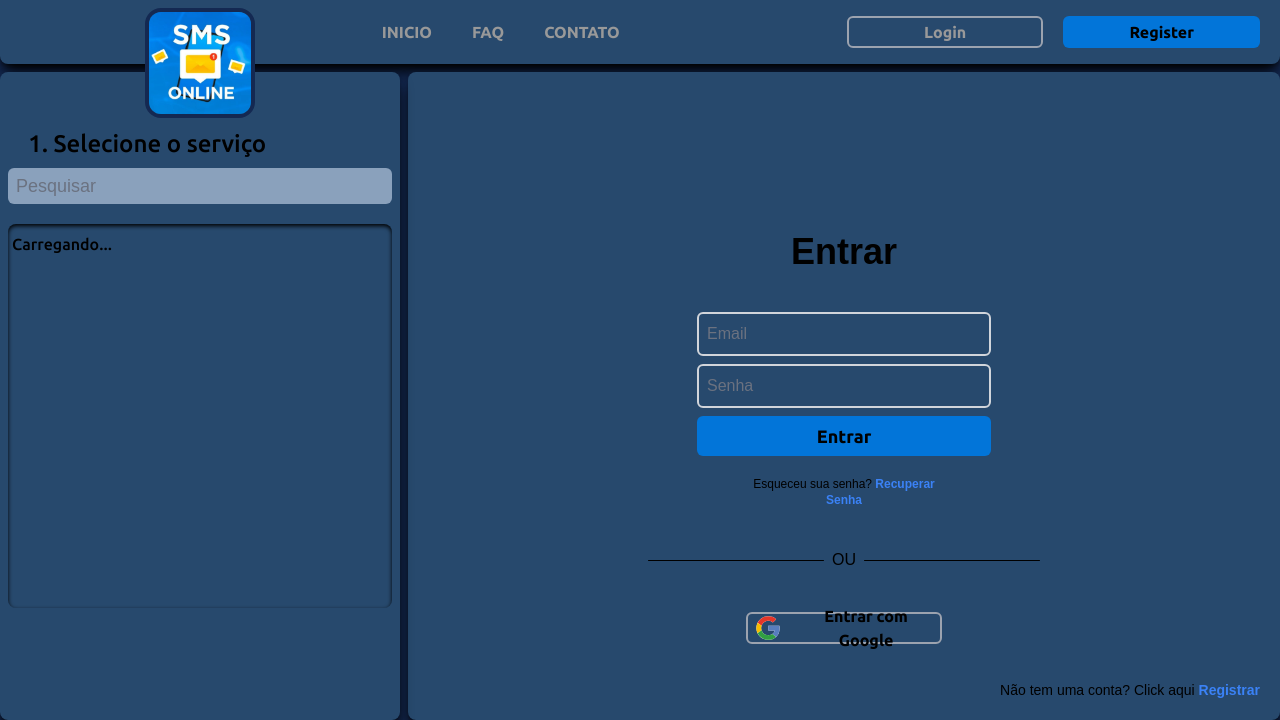
Repository: Felipe-Henrique-Dev/-DIOGO-SMS
Page: /auth
These files come from the project's save history. The page is drawn as it stood at one moment and after the next save; the edit follows.
The browser window is 1280 px wide. The pictures show the whole page.
The project was rebuilt for these pictures with package versions that can differ from the ones it lists, and the page was loaded fresh each time. The framework's server and built-in components were replaced by stand-ins that run in the browser. Also part of the build but not shown: next.config.ts, src/components/sub/WebApp/List.tsx.

Above is the page before, as saved 2024-12-17 16:32:10.

### src/app/layout.tsx
import type { Metadata } from "next";
import "./globals.css";
import Header from "@/components/main/Header";
import Main from "@/components/main/Main";
import { PageWebApp } from "@/components/main/PageWebApp";



export const metadata: Metadata = {
  title: "Create Next App",
  description: "Generated by create next app",
};

export default function RootLayout({
  children,
}: Readonly<{
  children: React.ReactNode;
}>) {
  return (
    <html lang="pt-br">
      <body className={`antialiased`}>
        <Header />
        <Main>
          <PageWebApp />
          {children}
        </Main>
      </body>
    </html>
  );
}

### src/app/auth/page.tsx
/* eslint-disable @typescript-eslint/no-unused-vars */
'use client'
import { Button } from "@/components/main/Button";
import { Input } from "@/components/main/Input";
import Section from "@/components/main/Section";
import Image from "next/image";
import { useState } from "react";

export default function Auth() {
  const [sectionSelected, setSectionSelected] = useState("login");
  return (
    <Section className="flex flex-col items-center justify-start pt-40 h-[90svh] px-60 gap-10 sticky top-[4.5rem] ">
      <div
        className="text-sm absolute bottom-5 right-5 cursor-pointer "
        onClick={() => {
          setSectionSelected(sectionSelected === "login" ? "register" : "login");
        }}
      >
        {
          sectionSelected === 'login' ?
            "Não tem uma conta? Click aqui" :
            "Já tem uma conta? Click aqui"
        }
        {
          sectionSelected === 'login' ?
            <b className="text-blue-500 hover:scale-110 hover:border-b-[1px] border-blue-500 cursor-pointer "> Registrar</b> :
            <b className="text-blue-500 hover:scale-110"> Entrar</b>
        }
      </div>

      <h1 className="text-4xl font-bold text-center">
        {
          sectionSelected === "login" ? "Entrar" : "Registrar"
        }
      </h1>
      {
        sectionSelected === "login" ? <Login /> : <Register />
      }
      <div className="flex justify-center items-center gap-2 w-full">
        <hr className="w-1/2 h-px border-black rounded-full " />
        <span>OU</span>
        <hr className="w-1/2 h-px border-black rounded-full" />
      </div>
      <Button
        type="button"
        onClick={() => {
          setSectionSelected("register");
        }}
        size="sm"
        isLoading={false}
        className="flex items-center justify-center gap-5"
        bgColor="none"
      >
        <Image className="size-6" src="/icons/icon-google.svg" alt="Google" width={20} height={20} />
        Entrar com Google
      </Button>

    </Section>
  );
}





const Register = () => {
  return (
    <div className="w-full flex flex-col items-center justify-center  gap-5 ">
      <Input
        type="email"
        placeholder="Email"
        bgColor="none"
        />
      <Input
        type="password"
        placeholder="Senha"
        bgColor="none"
        />
      <Input
        type="password"
        placeholder="Confirmar Senha"
        bgColor="none"
        />
      <Button
          type="submit"
          onClick={() => {}}
          size="md"
          isLoading={false}
        >
        Registrar
      </Button>
      <span className="text-xs w-1/2 text-center">
        Se Registrando você concorda com nossa <b className="text-blue-500 hover:scale-110 hover:border-b-[1px] border-blue-500 cursor-pointer ">Política de Dados</b> e <b className="text-blue-500 hover:scale-110 hover:border-b-[1px] border-blue-500 cursor-pointer ">Política de Cookies</b>.
      </span>
    </div>
  );
};


const Login = () => {
  return (
    <div className="w-full flex flex-col items-center justify-center  gap-5 ">
      <Input
        type="email"
        placeholder="Email"
        bgColor="none"
        />
      <Input
        type="password"
        placeholder="Senha"
        bgColor="none"
        />
      <Button
          type="submit"
          onClick={() => {}}
          size="md"
          isLoading={false}
        >
        Entrar
      </Button>
      <span className="text-xs w-1/2 text-center">
        Esqueceu sua senha? <b className="text-blue-500 hover:scale-110 hover:border-b-[1px] border-blue-500 cursor-pointer ">Recuperar Senha</b>
      </span>
    </div>
  );
};

### src/app/globals.css
@import url('https://fonts.googleapis.com/css2?family=Roboto+Mono&family=Ubuntu:wght@500;700&display=swap');
@tailwind base;
@tailwind components;
@tailwind utilities;


:root {
  --background: hsl(220, 60%, 20%);
  --background-secondary: hsl(211, 47%, 29%);
  --tertiary: hsl(0, 0%, 60%);
  --primary_text: hsl(0, 0%, 100%);
  --light: hsl(213, 27%, 64%);
  --foreground: #171717;
  --color-primary: #000;
  --color-secondary: hsl(208, 98%, 43%);
}


body {
  color: var(--tertiary);
  background: var(--background);
  font-family: Arial, Helvetica, sans-serif;
}

::-webkit-scrollbar {
  width: 5px;
  height: 10px;
}

::-webkit-scrollbar-track {
  background-color: var(--background);
}

::-webkit-scrollbar-thumb {
  background: var(--color-secondary);
  border-radius: 10px;
}

::-webkit-scrollbar-thumb:hover {
  background-color: var(--color-highlight-hover);
}

### src/components/main/Header.tsx
import React from "react";
import { Button } from "./Button";


export default function Header() {
  return (
    <header className="h-16 bg-background_secondary shadow-lg shadow-black max-w-screen-2xl m-auto top-0 items-center justify-between  flex rounded-b-lg px-5 z-[99] ">
        <span className="text-white text-lg w-1/4 font-bold"></span>
        <nav className="flex gap-10 uppercase font-bold font-ubuntu w-1/3 items-start ">
            <a href="#" className="">Inicio</a>
            <a href="#" className="">FAQ</a>
            <a href="#" className="">Contato</a>
        </nav>
        <div className="container flex justify-between items-center w-1/3 gap-5">
            <Button type="button" size="sm" className="text-tertiary" isLoading={false} bgColor="none">Login</Button>
            <Button type="button" size="sm" isLoading={false} bgColor="primary">
                Register
            </Button>
        </div>
    </header>
  );
}

### src/components/main/Main.tsx
import React from "react";

export default function Main({
  children,
}: Readonly<{
  children: React.ReactNode;
}>) {
  return (
    <main className="container max-w-screen-2xl mx-auto flex pt-2 gap-2 ">
      {children}
    </main>
  );
}

### src/components/main/PageWebApp.tsx
/* eslint-disable @typescript-eslint/no-unused-vars */
import React, { Suspense } from "react";
import { WebApp } from "./WebApp";
import { getAllServices } from "@/functions/servicos";
import { getAllCountry } from "@/functions/pais";

export const PageWebApp = () => {

  return (
    <WebApp />
  );
}

### src/components/main/Button.tsx
/* eslint-disable @typescript-eslint/no-explicit-any */
import { cn } from "@/lib/utils";
import React from "react";

export const Button = ({
    className,
    size = "md",
    onClick,
    children,
    type,
    isLoading,
    bgColor = "primary",
}:{
    type: 'button' | 'submit' | 'reset';
    onClick?: (event: React.MouseEvent<HTMLButtonElement>) => void;
    className?: string;
    children: React.ReactNode;
    size?: "sm" | "md" | "lg";
    isLoading: boolean;
    bgColor?: "primary" | "secondary" | "danger" | "none";
}) => {

    const sizes = {
        sm: "w-1/2 h-8 text-base",
        md: "w-3/4 h-10 text-lg",
        lg: "w-full h-14 text-xl",
    };

    const bgColors = {
        primary: "bg-secondary text-black",
        secondary: "bg-gray-500 text-white",
        danger: "bg-red-500 text-white",
        none: "bg-transparent text-black border-gray-400 border-2 "
    };

    return (
        <button
            type={type}
            onClick={onClick}
            className={cn(
                "p-2 rounded-md relative flex items-center justify-center font-bold font-ubuntu hover:scale-105 transition-transform duration-300",
                bgColors[bgColor],
                sizes[size],
                className
            )}
            disabled={isLoading}
        >
            {
                isLoading ? loading() : children
            }
        </button>
    );
}


const loading = () => {
    return (
        <div className="absolute inset-0 bg-gray-300 bg-opacity-50 flex items-center justify-center">
            <div className="animate-spin rounded-full h-12 w-12 border-t-2 border-b-2 border-gray-900"></div>
        </div>
    );
}

### src/components/main/Input.tsx
/* eslint-disable @typescript-eslint/no-unused-vars */
/* eslint-disable @typescript-eslint/no-explicit-any */
import { cn } from "@/lib/utils";
import React from "react";

export const Input = ({
    type,
    placeholder,
    classNameSpan,
    classNameLabel,
    classNameInput,
    label,
    size = "md",
    icon,
    register,
    bgColor = "secondary",
    labelIsHidden = false,
    name
}:{
    type: 'text' | 'password' | 'email';
    placeholder: string;
    classNameSpan?: string;
    classNameLabel?: string;
    classNameInput?: string;
    size?: "sm" | "md" | "lg";
    icon?: React.ReactNode;
    register?: any;
    label?: string;
    bgColor?: "primary" | "secondary" | "danger" | "none";
    labelIsHidden?: boolean;
    name?: string;
}) => {

    const sizes = {
        sm: "w-1/2 h-6 text-sm",
        md: "w-3/4 h-8 text-base",
        lg: "w-full h-10 text-lg",
    };

    const bgColors = {
        primary: "bg-light text-black",
        secondary: "bg-light text-black",
        danger: "bg-red-500 text-black",
        none: "bg-transparent text-black border-gray-300 border-2"
    };


    return (
        <span className={cn(
                "relative flex flex-col",
                sizes[size],
                classNameSpan,
        )}>
            {
                labelIsHidden &&
                <label className={cn(
                    classNameLabel
                )} >
                    {label}
                </label>
            }
            <input
                type={type}
                placeholder={placeholder}
                {...register}
                className={cn(
                    "p-2 rounded-md relative w-full placeholder:text-gray-500 ",
                    classNameInput,
                    bgColors[bgColor]
                )}
            />
            {icon}
        </span>

    );
}

### src/components/main/Section.tsx
import { cn } from "@/lib/utils";
import React from "react";

export default function Section({
  children,
  className
}: Readonly<{
  children: React.ReactNode;
  className?: string;
}>) {
  return (
    <section className={cn(
      "p-5 flex flex-col min-h-[90svh] bg-background_secondary w-full text-black items-start justify-start rounded-lg shadow-lg shadow-black",
      className
    )}>
      {children}
    </section>
  );
}

### src/components/main/WebApp.tsx
/* eslint-disable @typescript-eslint/no-unused-vars */
/* eslint-disable @typescript-eslint/no-explicit-any */
'use client'
import React, { Suspense, use, useEffect, useMemo } from "react";
import { Input } from "./Input";
import { set, useForm } from "react-hook-form"
import Image from "next/image";
import {  IconAlertHexagon, IconX } from '@tabler/icons-react';
import { List } from "../sub/WebApp/List";
import { getAllServices } from "@/functions/servicos";
import { SkeletonList } from "../sub/WebApp/Skeleton_list";
import { getAllCountry } from "@/functions/pais";
import { Container } from "../sub/WebApp/Container";

export const WebApp = () => {

  const [selectService, setSelectService] = React.useState(null) as any;
  const [selectCountry, setSelectCountry] = React.useState(null) as any;
  const [selectOperator, setSelectOperator] = React.useState(null) as any;
  const [operatorFilter, setOperatorFilter] = React.useState('none') as any;

  console.log(selectService, selectCountry, selectOperator);

  useEffect(() => {
    if (selectService && selectCountry) {
      setOperatorFilter({
        selectCountry: selectCountry,
        selectService: selectService
      })
    }
  }, [selectService, selectCountry])


  return (
    <aside className="min-w-[25rem] min-h-[90svh] shadow-lg shadow-black bg-background_secondary text-pri sticky left-0 top-[4.5rem] rounded-lg flex flex-col p-2 gap-5  pt-14 z-[999]">
      <Image src="/logo.webp" alt="Logo" width={110} height={110} className="rounded-2xl absolute -top-16 transform -translate-x-1/2 left-1/2 z-[99] border-4 border-background " />
      <Container subTitle="1. Selecione o serviço" select={selectService} setSelect={setSelectService} list={'countries'} />
      {/* <Container subTitle="2. Selecione o pais" select={selectCountry} setSelect={setSelectCountry} list={'services'} />
      <Container subTitle="3. Selecione a operadora" select={selectOperator} setSelect={setSelectOperator} list={operatorFilter} operator={operatorFilter} /> */}

    </aside>
  );
}

### src/components/sub/WebApp/Container.tsx
/* eslint-disable @typescript-eslint/no-explicit-any */
import React  from "react";
import { Input } from "@/components/main/Input";
import { useForm } from "react-hook-form"
import {  IconAlertHexagon, IconX } from '@tabler/icons-react';
import { ListServer } from "./ListServer";




export const Container = ({
    list,
    subTitle,
    select,
    setSelect,
    operator
}: {
    subTitle: string;
    select?: { title: string; valor: number; numberDispobilize: number; id: string } | null;
    setSelect: React.Dispatch<React.SetStateAction<any>>
    list: any;
    operator?: any
}) => {
    const { register, watch } = useForm();
    const filter = (watch("filter") || "").toLowerCase();
    const [favorites, setFavorites] = React.useState<string[]>([]);
    React.useEffect(() => {
        const storedFavorites = JSON.parse(localStorage.getItem("favorites") || "[]");
        setFavorites(storedFavorites);
    }, []);



    if (operator === 'none') {
      return (
        <div className="flex flex-col gap-2  ">
          <span className="text-2xl w-full text-start px-5 text-black font-ubuntu ">{subTitle}</span>
          <div className="flex w-full bg-light rounded-lg h-10 items-center justify-start px-5 gap-5 ">
              <button className="flex items-center justify-center gap-2 h-8 min-w-8 rounded-xl border-red-500 border-[1px] text-black">
                 <IconAlertHexagon className="w-5 h-5" />
              </button>
              <span className="text-lg font-bold min-w-8 h-8 rounded-full text-center bg-white ">I</span>
              <span className="text-lg font-bold w-auto text-center text-black font-roboto ">
                Selecione um pais e um serviço
              </span>
          </div>
        </div>
      )
    }

    return (
      <div className="flex flex-col gap-2  ">
        <span className="text-2xl w-full text-start px-5 text-black font-ubuntu ">{subTitle}</span>
        {
          select ?
            <div className="flex w-full bg-light rounded-lg h-10 items-center justify-start px-5 gap-5 ">
              <button onClick={() => setSelect(null)} className="flex items-center justify-center gap-2 h-8 min-w-8 rounded-xl border-red-500 border-[1px] text-black">
                 <IconX className="w-5 h-5" />
              </button>
              <span className="text-lg font-bold min-w-8 h-8 rounded-full text-center bg-white ">I</span>
              <span className="text-lg font-bold w-auto text-center text-black font-roboto ">{select.title}</span>
            </div>
          :
          <>
            <Input type="text" placeholder="Pesquisar" size="lg" classNameInput="w-full h-9" register={register("filter")} />
            <div className="h-96 shadow-inner shadow-black py-2 w-full my-2 overflow-x-auto scroll-smooth rounded-lg p-1 text-black font-ubuntu flex flex-col gap-4 ">
                <ListServer listLoading={list} filter={filter} favorites={favorites} setFavorites={setFavorites} setSelect={setSelect} />
            </div>
          </>
        }
      </div>
    );
};

### src/components/sub/WebApp/ListServer.tsx
/* eslint-disable @typescript-eslint/no-unused-vars */

import React, { Suspense } from "react";
import { List } from "./List";
import { getAllCountry } from "@/functions/pais";
import { getAllServices } from "@/functions/servicos";

interface ListProps {
    filter: string;
    favorites: string[];
    setFavorites: React.Dispatch<React.SetStateAction<string[]>>;
    setSelect: React.Dispatch<React.SetStateAction<string[]>>;
    listLoading: string
}

export const ListServer = ({ filter, favorites, setFavorites, setSelect, listLoading }: ListProps) => {
    const list = listLoading === 'pais' ? getAllCountry() : getAllServices()

    return (
        <Suspense fallback={<div>Carregando...</div>}>
            <List filter={filter} favorites={favorites} setFavorites={setFavorites} setSelect={setSelect} listLoading={list} />
        </Suspense>
    );
}

### src/functions/pais.ts
'use server'

const token = process.env.TOKEN
const urlApi = process.env.URL_API

export const getAllCountry = async () => {
  const services = new Promise((resolve, reject) => {
    setTimeout(() => {
        resolve({
            services: [
                {
                    id: '1',
                    title: 'Serviço 1',
                    description: 'Descrição do serviço 1',
                    price: 10
                },
                {
                    id: '2',
                    title: 'Serviço 2',
                    description: 'Descrição do serviço 2',
                    price: 20
                },
                {
                    id: '3',
                    title: 'Serviço 3',
                    description: 'Descrição do serviço 3',
                    price: 30
                }
            ]
        })
    }, 20000)
} )

const data = await services

return data

    const paises = await fetch(`${urlApi}/countries/all`, {
        method: 'GET',
        headers : {
            Authorization: `Bearer ${token}`
        }
    })

    // const data = await paises.json()

    // console.log(paises)
    return data
}


export const getCountry = async ({countryId}: {countryId: string}) => {

    return await fetch(`${urlApi}/countries/select`, {
        method: 'GET',
        headers: {
          'Content-Type': 'application/json',
          'Authorization': `Bearer ${process.env.TOKEN}`
        },
        body: JSON.stringify({ country_id: countryId })
      })
        .then(response => response.json())
        .then(data => data)
        .catch(error => error)
}

### src/functions/servicos.ts
'use server'

const token = process.env.TOKEN
const urlApi = process.env.URL_API


export const getAllServices = async () => {

    // const servicos = await fetch(`${urlApi}/services/all`, {
    //     method: 'GET',
    //     headers : {
    //         Authorization: `Bearer ${token}`
    //     }
    // })

    const services = new Promise((resolve, reject) => {
        setTimeout(() => {
            resolve({
                services: [
                    {
                        id: '1',
                        title: 'Serviço 1',
                        description: 'Descrição do serviço 1',
                        price: 10
                    },
                    {
                        id: '2',
                        title: 'Serviço 2',
                        description: 'Descrição do serviço 2',
                        price: 20
                    },
                    {
                        id: '3',
                        title: 'Serviço 3',
                        description: 'Descrição do serviço 3',
                        price: 30
                    }
                ]
            })
        }, 20000)
    } )

    const data = await services
    console.log('getAllServices')
    // console.log('servicos.services[0]', servicos.services[0])
    return data
}

### tailwind.config.ts
import type { Config } from "tailwindcss";

export default {
  content: [
    "./src/pages/**/*.{js,ts,jsx,tsx,mdx}",
    "./src/components/**/*.{js,ts,jsx,tsx,mdx}",
    "./src/app/**/*.{js,ts,jsx,tsx,mdx}",
  ],
  theme: {
    extend: {
      colors: {
        background: "var(--background)",
        foreground: "var(--foreground)",
        background_secondary: "var(--background-secondary)",
        primary: "var(--primary)",
        secondary: "var(--color-secondary)",
        tertiary: "var(--tertiary)",
        light: "var(--light)",

      },
      background : {
        background: "var(--background)",
        background_secondary: "var(--background-secondary)",
        foreground: "var(--foreground)",
      },
      fontFamily: {
        ubuntu: ["Ubuntu", "sans-serif"],
        roboto: ["Roboto", "sans-serif"],
      },
    },
  },
  plugins: [],
} satisfies Config;


// .ubuntu-light {
//   font-family: "Ubuntu", sans-serif;
//   font-weight: 300;
//   font-style: normal;
// }

// .ubuntu-regular {
//   font-family: "Ubuntu", sans-serif;
//   font-weight: 400;
//   font-style: normal;
// }

// .ubuntu-medium {
//   font-family: "Ubuntu", sans-serif;
//   font-weight: 500;
//   font-style: normal;
// }

// .ubuntu-bold {
//   font-family: "Ubuntu", sans-serif;
//   font-weight: 700;
//   font-style: normal;
// }

// .ubuntu-light-italic {
//   font-family: "Ubuntu", sans-serif;
//   font-weight: 300;
//   font-style: italic;
// }

// .ubuntu-regular-italic {
//   font-family: "Ubuntu", sans-serif;
//   font-weight: 400;
//   font-style: italic;
// }

// .ubuntu-medium-italic {
//   font-family: "Ubuntu", sans-serif;
//   font-weight: 500;
//   font-style: italic;
// }

// .ubuntu-bold-italic {
//   font-family: "Ubuntu", sans-serif;
//   font-weight: 700;
//   font-style: italic;
// }

Loaded but not shown: src/lib/utils.ts (common file)

After the next save:
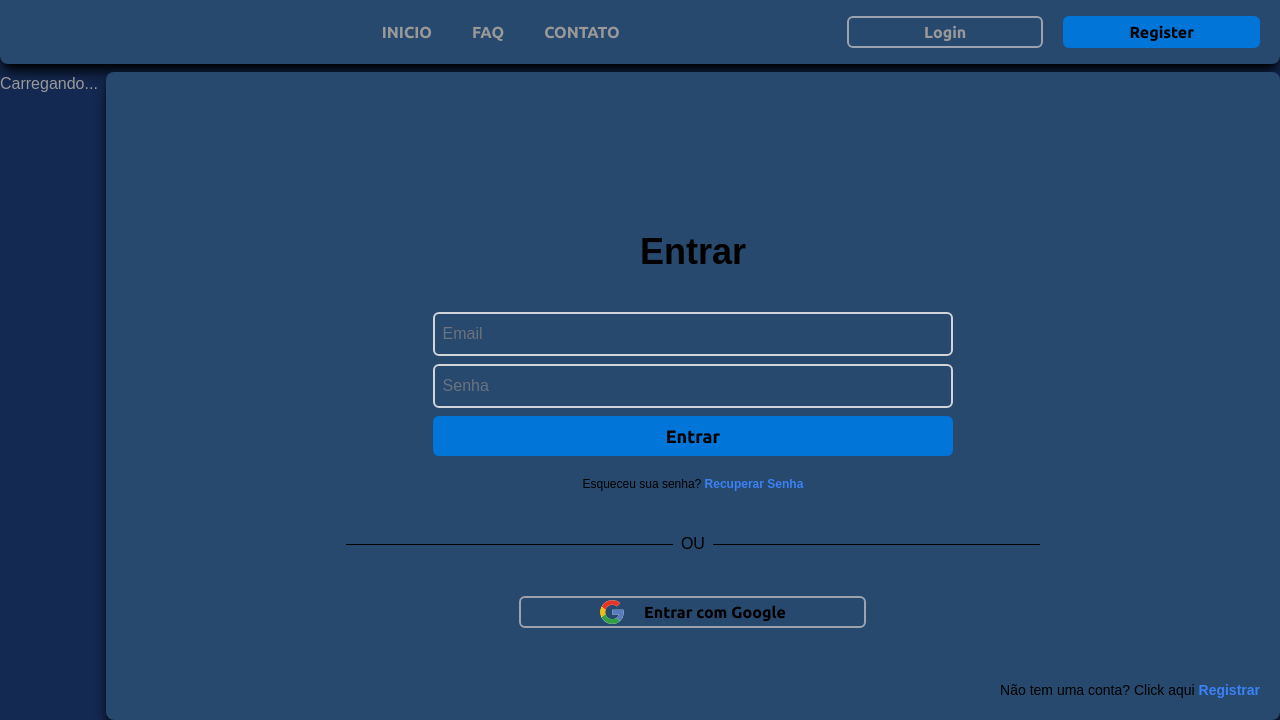
Saved 38 s later.
--- a/src/components/main/PageWebApp.tsx
+++ b/src/components/main/PageWebApp.tsx
@@ -3,10 +3,22 @@ import React, { Suspense } from "react";
 import { WebApp } from "./WebApp";
 import { getAllServices } from "@/functions/servicos";
 import { getAllCountry } from "@/functions/pais";
+import { ListServer } from "../sub/WebApp/ListServer";
+
+// interface ListProps {
+//     filter: string;
+//     favorites: string[];
+//     setFavorites: React.Dispatch<React.SetStateAction<string[]>>;
+//     setSelect: React.Dispatch<React.SetStateAction<string[]>>;
+//     listLoading: string
+// }
 
 export const PageWebApp = () => {
 
   return (
-    <WebApp />
+    // <WebApp />
+    <Suspense fallback={<div>Carregando...</div>}>
+      <ListServer filter={''} favorites={[]} setFavorites={() => {}} setSelect={() => {}} listLoading={'pais'} />
+    </Suspense>
   );
 }
